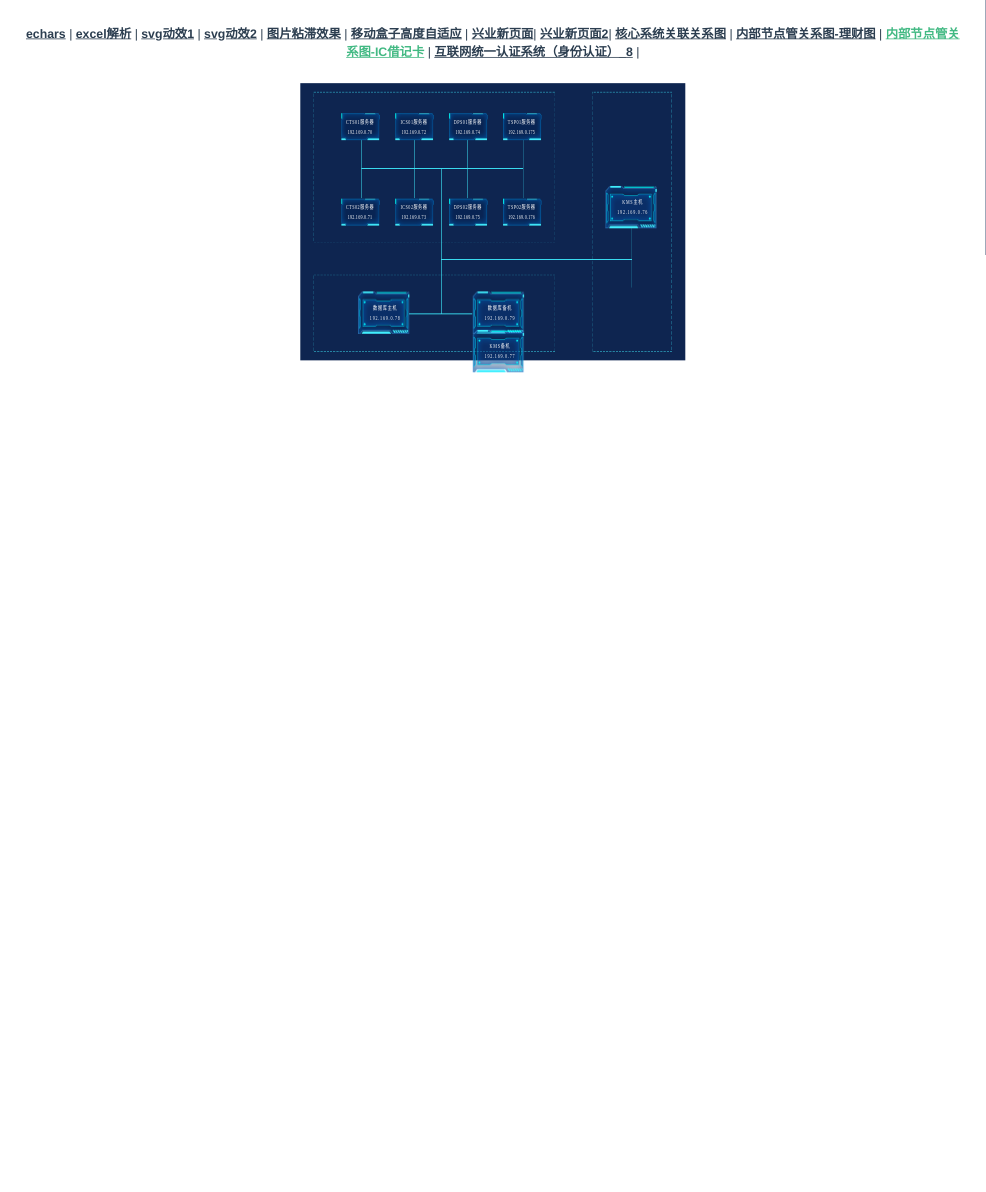
Repository: dmj199811/animation-dmj
Page: /#/work-page7
The author's editor kept a copy of each file at every save. The page is drawn from the files as they stood at one save, then again after the next save.
The browser window is 1280 px wide. The pictures show the whole page, at 77% of full size.
The project was rebuilt for these pictures with package versions that can differ from the ones it lists, and the page was loaded fresh each time.

Above is the page before, as saved 2020-07-05 13:37:20.

After the next save:
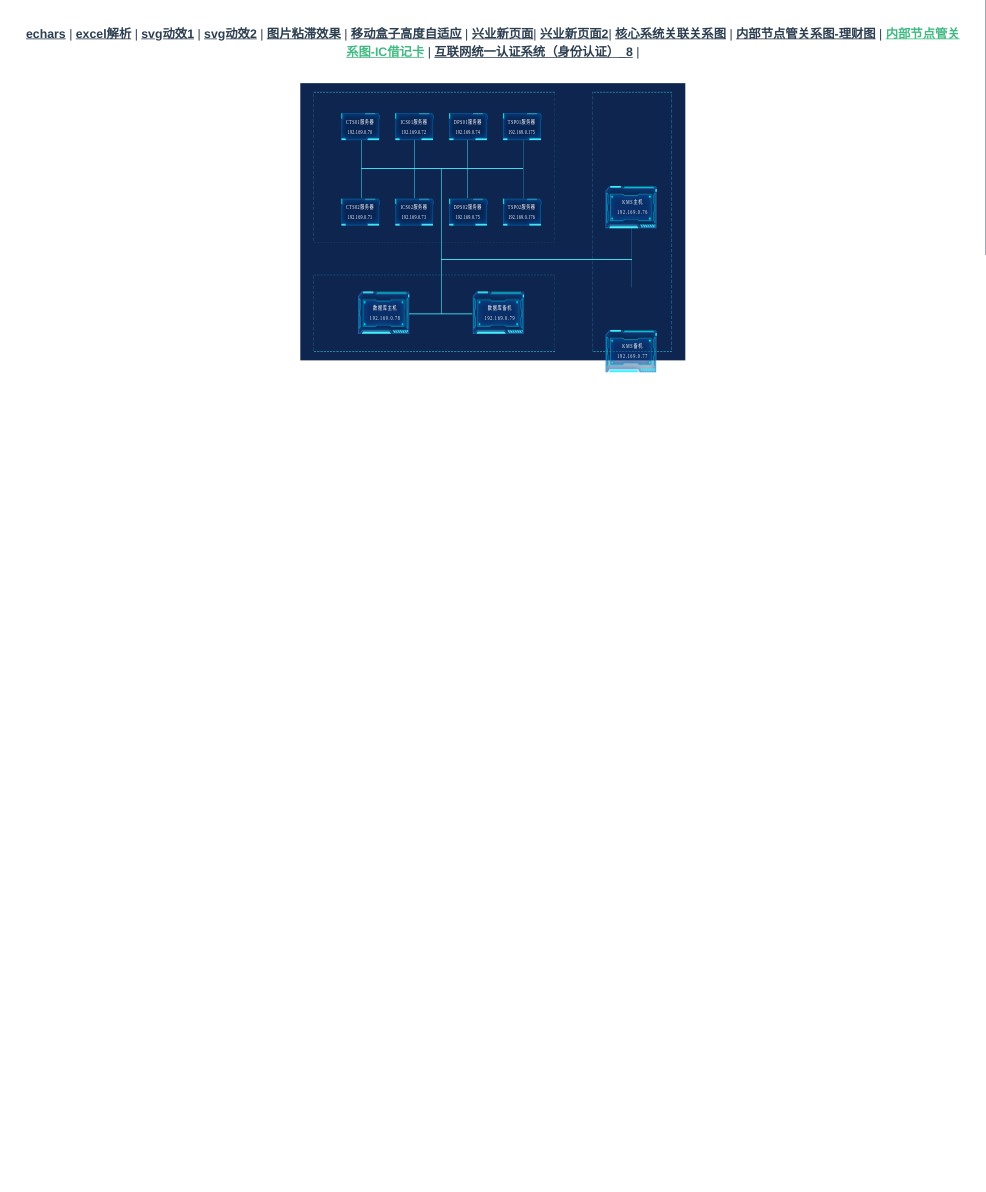
Saved 9 min 34 s later.
--- a/src/views/newPage5/index.vue
+++ b/src/views/newPage5/index.vue
@@ -264,7 +264,7 @@ export default {
 .batch-pos4 {
   position: absolute;
   top: 641px;
-  left: 672px;
+  left: 1189px;
 }
 
 </style>
